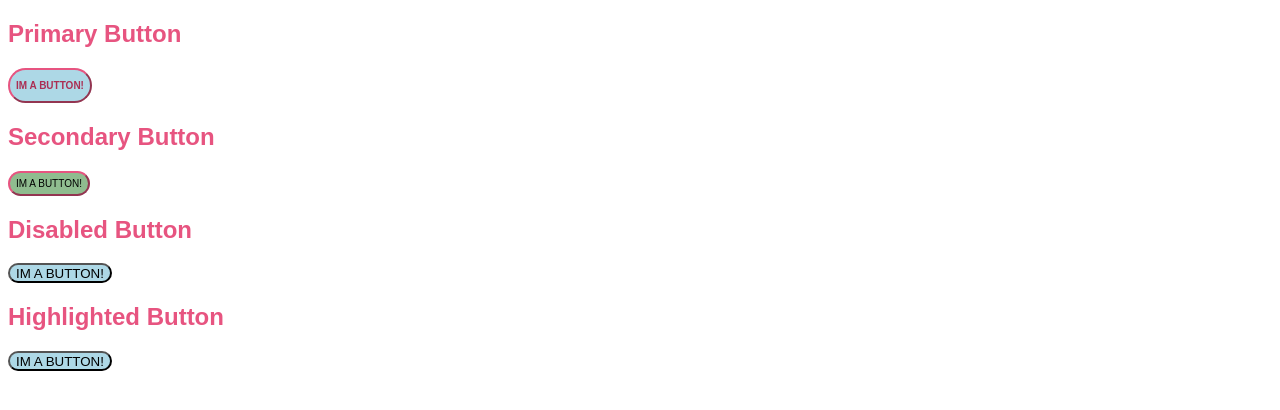
Repository: Jvien2/3126-repo
Page: index.html
An editor plug-in stored every save of this project. The page is shown before and after the next save, followed by the edit.
The browser window is 1280 px wide. The pictures show the whole page.

Above is the page before, as saved 2026-10-01 01:07:52.
Not found: code.js

### index.html
<!DOCTYPE html>
<html lang="en">
<head>
    <meta charset="UTF-8">
    <meta name="viewport" content="width=device-width, initial-scale=1.0">
    <title>Assignment 1</title>
    <link rel="stylesheet" href="style.css">
    <script src="code.js" defer></script>
</head>
<body>
    <!-- regular button -->
    <!-- <h2>No Modifier</h2>
        <button class="btn">IM A BUTTON!</button> -->

    <!-- prmary -->
    <h2>Primary Button</h2>
        <button class="btn btn-primary">IM A BUTTON!</button>

    <!-- secondary -->
    <h2>Secondary Button</h2>
         <button class="btn btn-secondary">IM A BUTTON!</button>

    <!-- disabled -->
    <h2>Disabled Button</h2>
         <button class="btn btn-disabled">IM A BUTTON!</button>

    <!-- highlighted -->
    <h2>Highlighted Button</h2>
         <button class="btn btn-highlight">IM A BUTTON!</button>

</body>
</html>

### style.css
h2 {
    color: #e75480;
    font-family: Arial, Helvetica, sans-serif;
}

.btn {
    width: fit-content;
    height: 20px;
    border-radius: 20px;
    background-color: lightblue;

}

.btn-primary {
    color:#ab2e53;
    height: 35px;
    font-size: 10px;
    font-weight: bold;
    border-color: #e75480;
}


.btn-secondary {
     background-color:darkseagreen;
     border-color: #e75480;
    height: 25px;
    font-size: 10px;
}

After the next save:
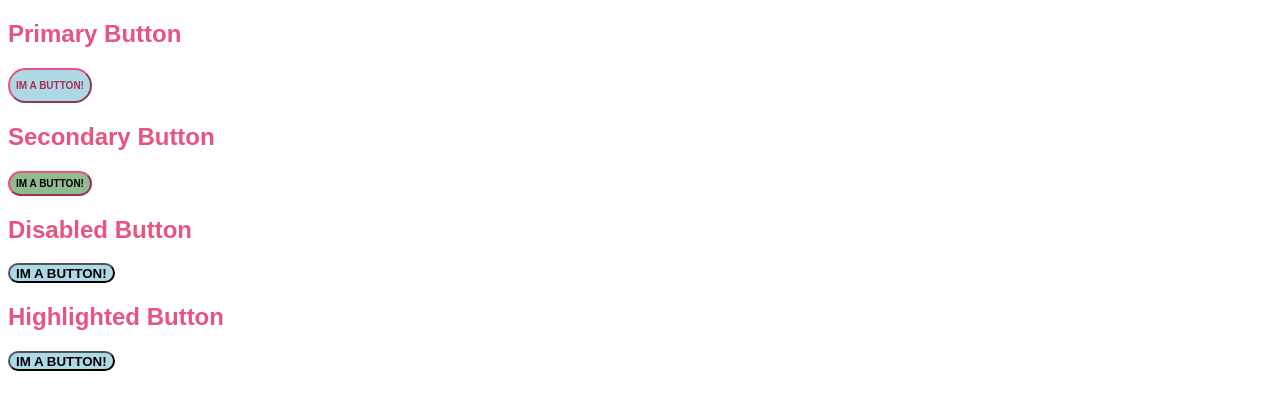
Saved 15 s later.
--- a/style.css
+++ b/style.css
@@ -8,6 +8,7 @@
     height: 20px;
     border-radius: 20px;
     background-color: lightblue;
+     font-weight: bold;
 
 }
 
@@ -15,7 +16,7 @@
     color:#ab2e53;
     height: 35px;
     font-size: 10px;
-    font-weight: bold;
+
     border-color: #e75480;
 }
 
